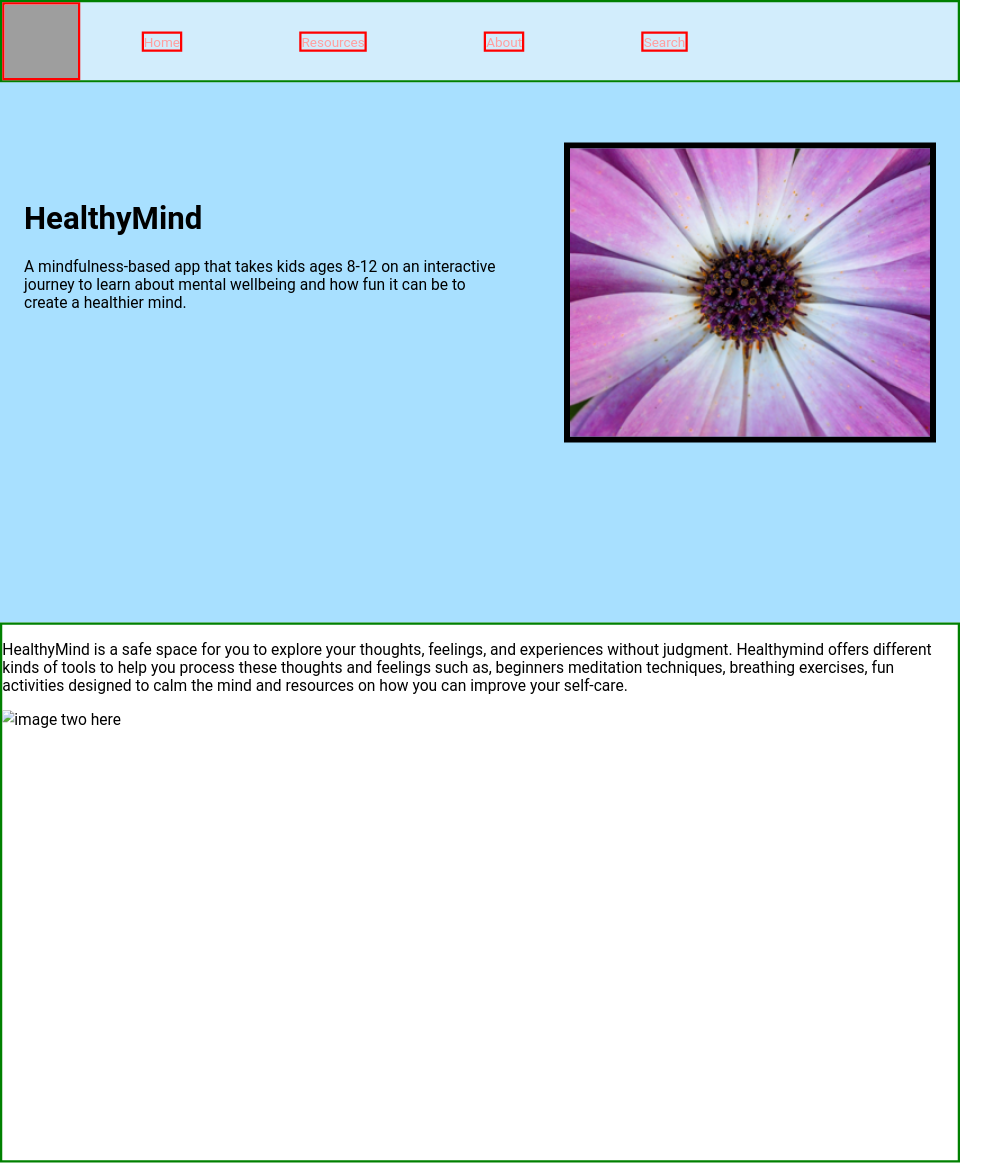
Repository: Nafisa-Huda/HealthierMind
Page: public/index.html
The author's editor kept a copy of each file at every save. The page is drawn from the files as they stood at one save, then again after the next save.
The browser window is 1280 px wide. The page is 1328 px wide, so the pictures cover 1328 px, including what lies to the right of the window. The pictures show the whole page, at 75% of full size.
Pictures or frames that could not be fetched are drawn as grey boxes.

Above is the page before, as saved 2022-07-11 16:10:02.

### public/index.html
<!DOCTYPE html>
<html lang="en">
<head>
    <meta charset="UTF-8">
    <meta http-equiv="X-UA-Compatible" content="IE=edge">
    <meta name="viewport" content="width=device-width, initial-scale=1.0">
    <title>HealthyMind</title>
    <link rel="stylesheet" href="/public/style.css">
</head>
<body>
    <header>
        <div class="container row">
            <img class="logo" src="https://i.ibb.co/xLGc6jC/Healthy-Mind-logo.png" alt="healthy-mind-logo">
        <nav class="nav">
            <ul class="nav__list">
                <li class="nav__item"><a href="#" class="nav__link">Home</a></li>
                <li class="nav__item"><a href="#" class="nav__link">Resources</a></li>
                <li class="nav__item"><a href="#" class="nav__link">About</a></li>
                <li class="nav__item"><a href="#" class="nav__link">Search</a></li>
            </ul>
        </nav>
        </div>
    </header>

    <!-- <section class="hero main"> -->
        <div class="hero main ">
            <div class="hero__text">
                <h1>HealthyMind</h1>
                <p>A mindfulness-based app that takes kids ages 8-12 on an interactive journey to learn about mental wellbeing and how fun it can be to create a healthier mind. </p>
            </div>
            <div class="containerImg">
            <img class="hero__img" src="/Images/purpleflowerSmall.png" alt="image one here" srcset="">
            </div>
         </div>
    </section>

    <main class="main container">
        <section class="primary-content">
            <p>HealthyMind is a safe space for you to explore your thoughts, feelings, and experiences without judgment. Healthymind offers different kinds of tools to help you process these thoughts and feelings such as, beginners meditation techniques, breathing exercises, fun activities designed to calm the mind and resources on how you can improve your self-care.</p>
            <img class="main__img" src="" alt="image two here" srcset="">
        </section>
</main>

<script src="/public/main.js"></script>
</body>
</html>

### public/style.css
*, *::before, *::after {
    box-sizing: border-box;
}

body {
    margin: 0;
    max-width: 100%;
    font-family: 'Roboto', sans-serif;
    font-size: 1.3rem;
}
html{
  scroll-behavior: smooth;
  scroll-padding-top: (--scroll-padding,100px);
}
/*scrollbar*/
::-webkit-scrollbar{
  width: 0.7em;
}
::-webkit-scrollbar-track{
  background: antiquewhite;
}
::-webkit-scrollbar-thumb{
  background: #FFE170;
}
header{
  background-color: #d2edfc;
  height: 10%;
}
  .containerImg > img {
      width: 100%;
      margin: 5rem 5rem 5rem 5rem ;
      max-height: 100%;
      border: black solid 0.5rem;
      padding: auto;
  }

/* home page */

.container {
    width: 100vw;
    margin: 0 auto;
    border: 3px green solid;
}
.main{
  height: 100vh;
}

.hero{
  display: flex;
  background-color: #A8E0FF;
}
  .hero__text{
    width: 50%;
    margin: 8rem 0 4rem 2rem;
  }
.row {
    display: flex;
    justify-content: space-between;
    align-items: center;
    width: 100%;
}

.logo {
    width: 5em;
    height: 5em;
    margin-right: 2em;
    border: 3px red solid;
}

.nav {
    display: flex;
    justify-content: space-between;
    align-items: center;
    flex-grow: 1;
}

.nav__list {
    margin: 0;
    padding-right: 1em;
    list-style: none;

    display: flex;
    align-items: center;

    font-size: 1rem;
}

.nav__item + .nav__item {
    margin-left: 60%;
}

.nav__link {
    border: 3px red solid;
    text-decoration: none;
    font-size: large;
    color: #FF9F9F;
}

.nav__link--button {
    padding: .25em 1em;
}

.nav__link:hover {
    opacity: .75;
}



/* activities page */

.activities-header{
  background-color: #A8E0FF;
  height: 20rem;
  width: 100%;
  border-bottom: solid #fff 4px;
}

.title{
  display: flex;
  flex-direction: column;
  align-items: center;
  padding-top: 3rem;
  color: #fff;
}


.activities-container{
  display: flex;
  flex-wrap: wrap;
  justify-content: center;
  background-color: #FFF9A6;
}

.scene {
  width: 20rem;
  height: 20rem;
  margin: 3rem;
  perspective: 600px;
}

.card {
  width: 100%;
  height: 100%;
  cursor: pointer;
  transform-style: preserve-3d;
  transform-origin: center right;
  transition: transform 1s;
}

.card.is-flipped {
  transform: translateX(-100%) rotateY(-180deg);
}

.face {
  position: absolute;
  width: 100%;
  height: 100%;
  line-height: 260px;
  color: #fff;
  text-align: center;
  font-weight: bold;
  font-size: larger;
  backface-visibility: hidden;
}

.front {
  background-color: #FF9F9F;
}

.back {
  background-color: #FF9F9F;
  transform: rotateY(180deg);
}

### public/main.js
const cards = document.querySelectorAll('.card');
[...cards].forEach((card)=>{
    card.addEventListener('click', () =>{
        card.classList.toggle('is-flipped')
    })
});

After the next save:
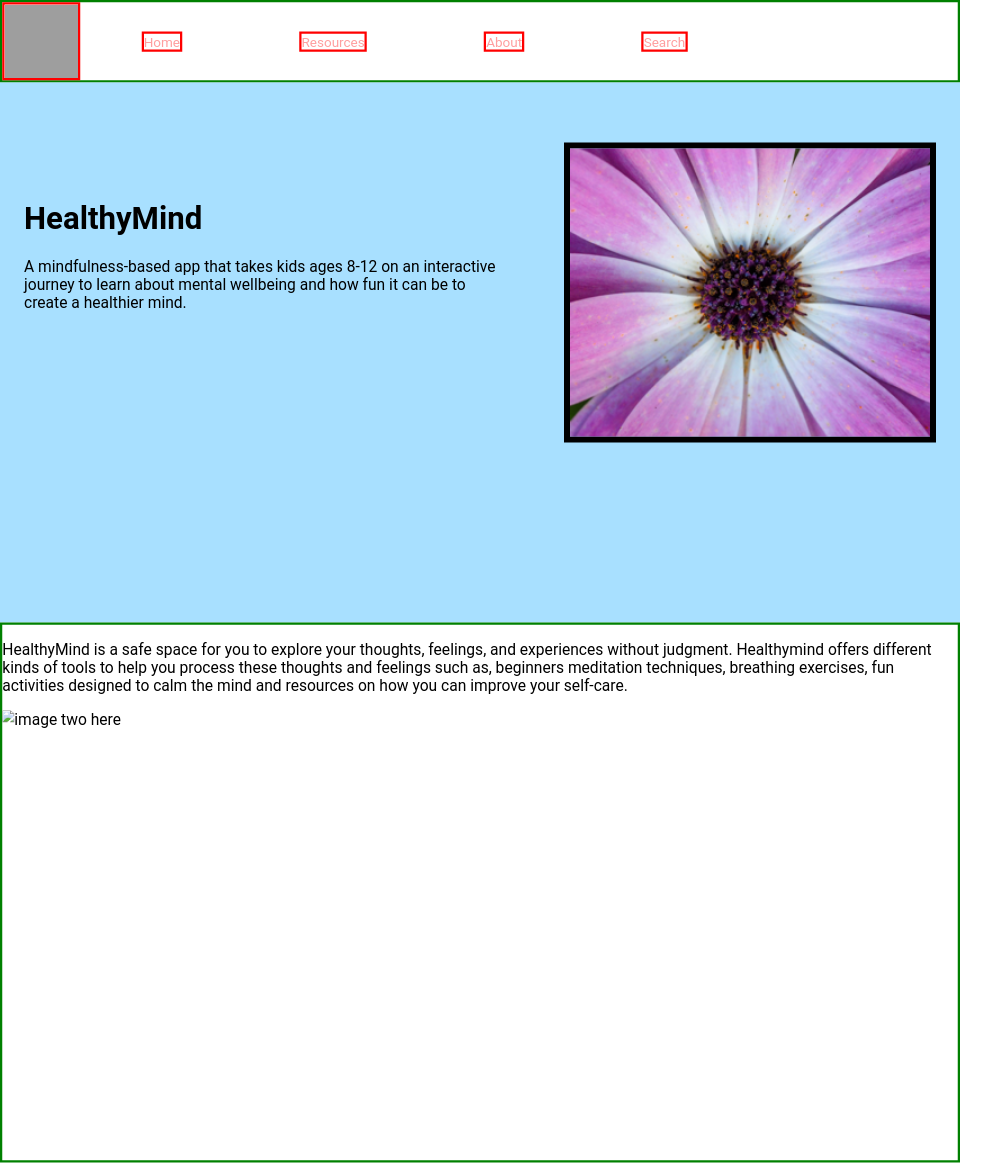
Saved 34 s later.
--- a/public/style.css
+++ b/public/style.css
@@ -23,7 +23,7 @@
   background: #FFE170;
 }
 header{
-  background-color: #d2edfc;
+  background-color;
   height: 10%;
 }
   .containerImg > img {

After the save that followed:
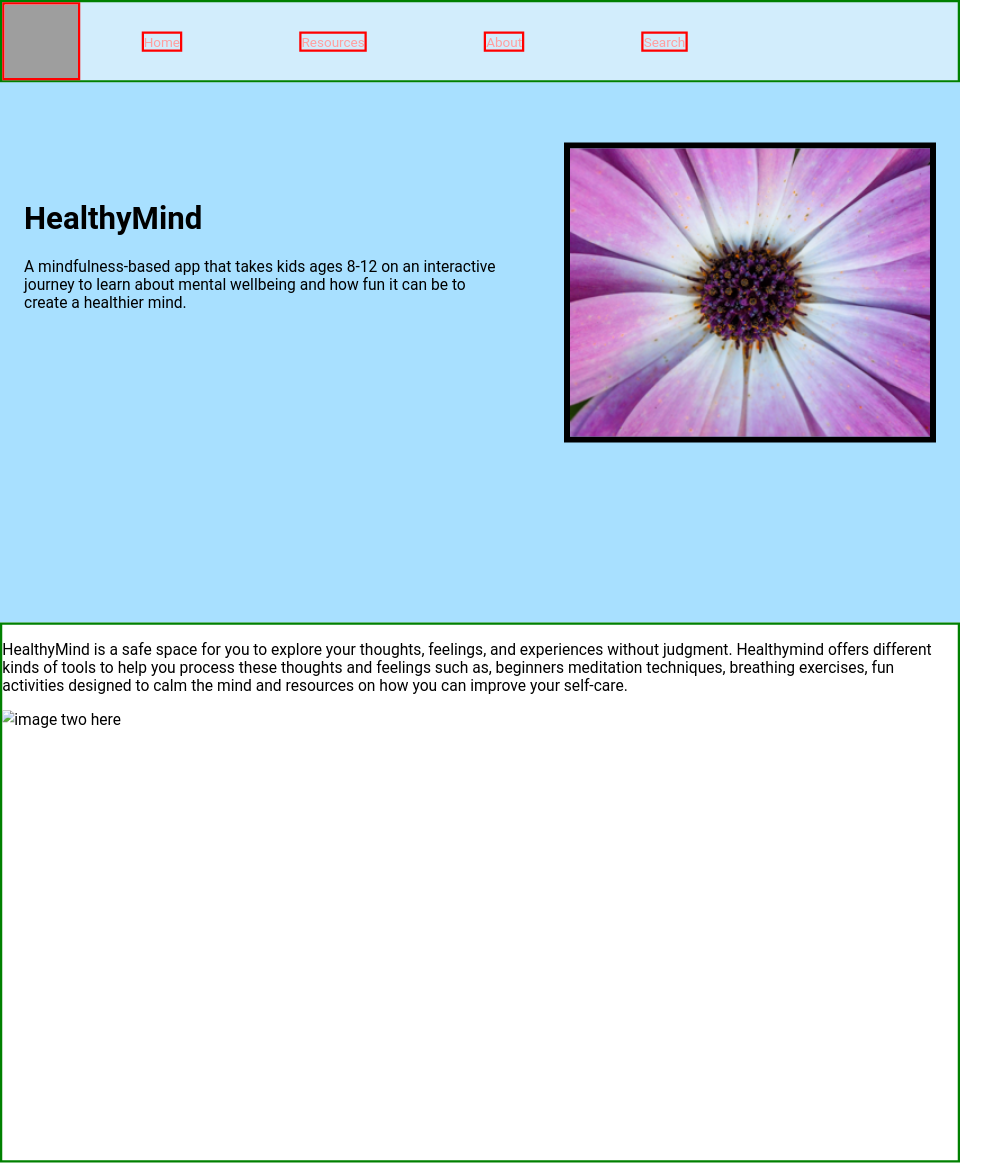
Saved 4 s later.
--- a/public/style.css
+++ b/public/style.css
@@ -23,7 +23,7 @@
   background: #FFE170;
 }
 header{
-  background-color;
+  background-color: #d2edfc;
   height: 10%;
 }
   .containerImg > img {
